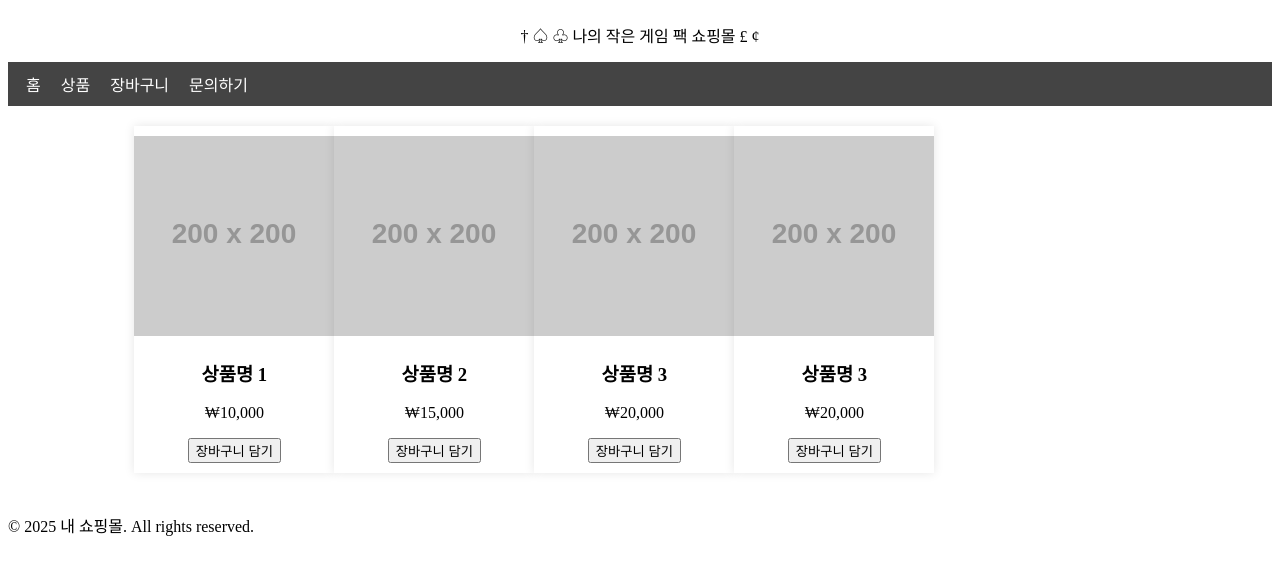
Repository: SeungYeon04/A_AssetsJSP
Page: http://localhost/JSP_Start01/
The author's editor kept a copy of each file at every save. The page is drawn from the files as they stood at one save, then again after the next save.
The browser window is 1280 px wide. The pictures show the whole page.
Some web fonts or font styles are not loaded; a fallback is used. The page is served by Tomcat 9.

Above is the page before, as saved 2025-03-11 05:55:14.

After the next save:
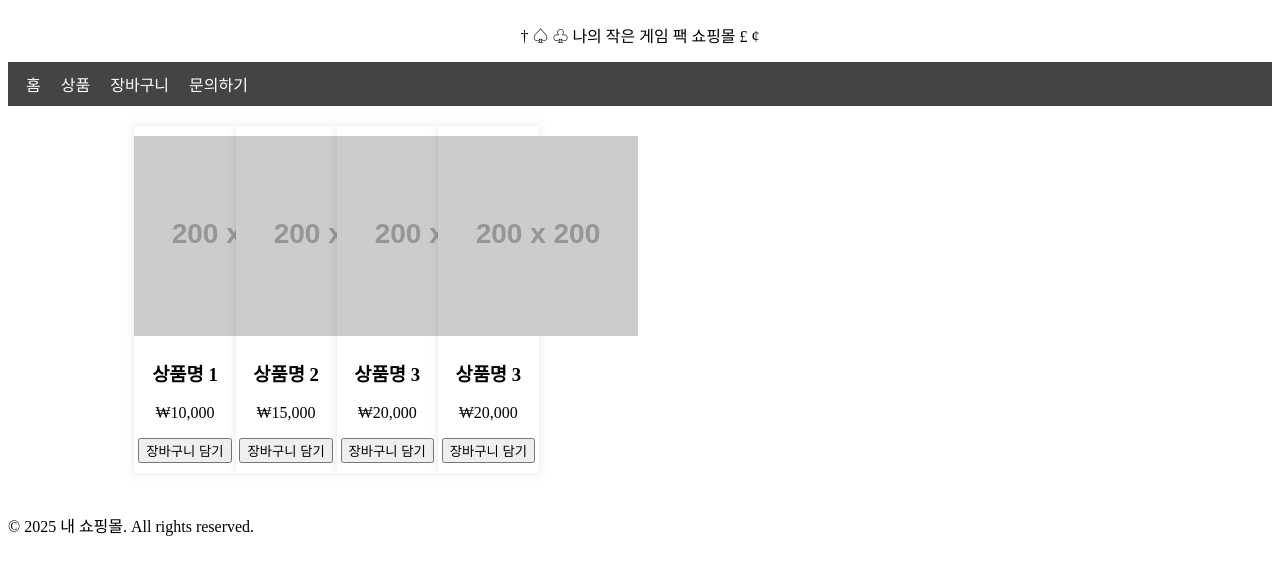
Saved 9 s later.
--- a/JSP_Start01/src/main/webapp/index.jsp
+++ b/JSP_Start01/src/main/webapp/index.jsp
@@ -93,7 +93,7 @@
 		}
 
 		.product {
-
+			width: 10%;
 			background: white;
 			padding-top: 10px;
 			padding-bottom: 10px;
